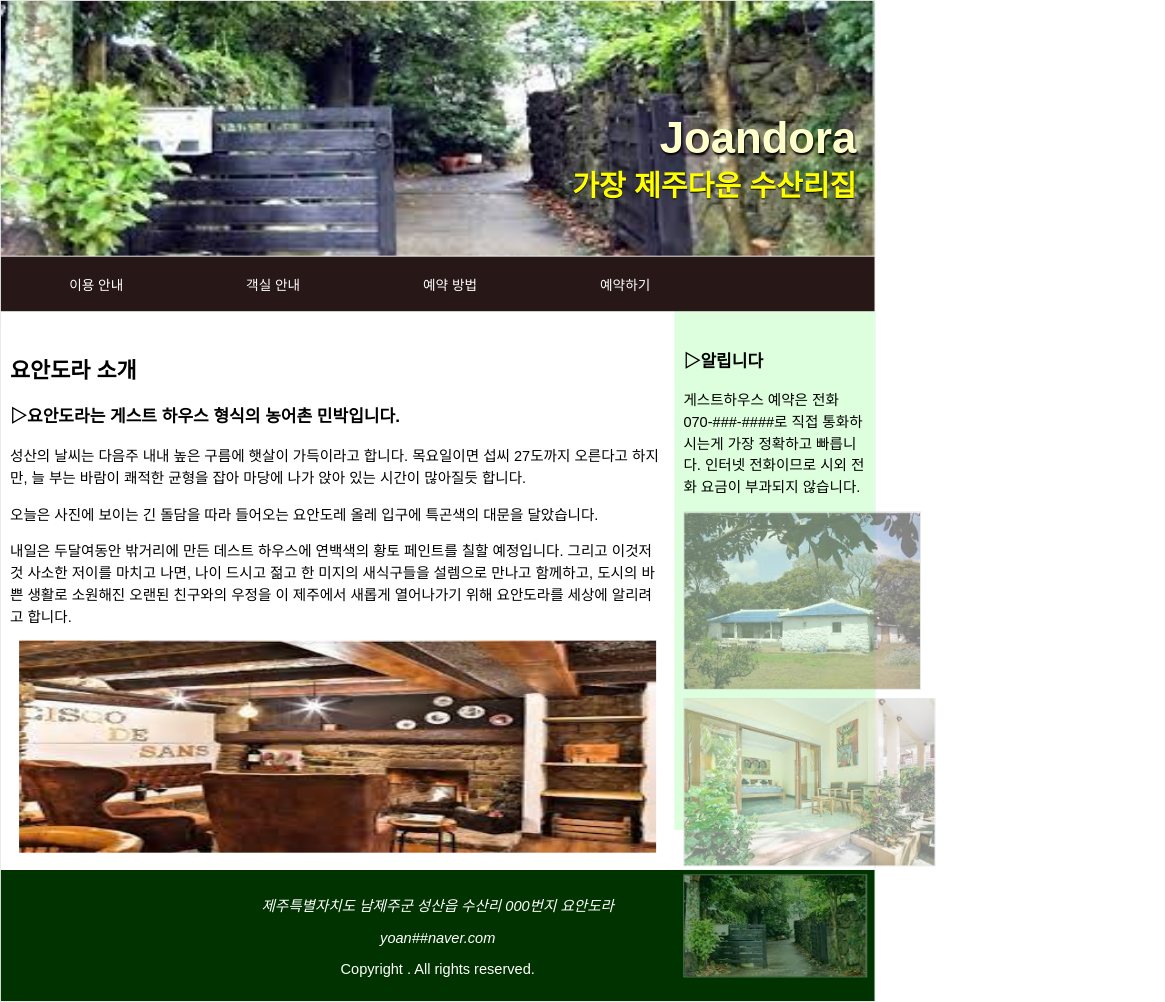
Repository: b1996om/HTML-CSS_study
Page: pro07/public/HTML5_markup.html
These files come from the project's save history. The page is drawn as it stood at one moment and after the next save; the edit follows.
The browser window is 1280 px wide. The pictures show the whole page, at 91% of full size.

Above is the page before, as saved 2022-12-07 06:14:31.

### pro07/public/HTML5_markup.html
<!DOCTYPE html>
<html lang="ko">
<head>
	<meta charset="utf-8">
	<title>내가 처음 만드는 HTML 문서</title>
	<link href="css/style3.css" rel="stylesheet" type="text/css">
</head>
<body>
	<div class="container">
		<div class="content">
			 <!-- <iframe src="https://www.naver.com/" width="95%" height="500"></iframe> -->
		</div>
		<header>
			<h1>Joandora</h1>
			<h2>가장 제주다운 수산리집</h2>
		</header>
		<nav class="navi">
			<ul>
				<li><a href="#">이용 안내</a></li>
				<li><a href="#">객실 안내</a></li>
				<li><a href="#">예약 방법</a></li>
				<li><a href="#">예약하기</a></li>
			</ul>
		</nav>
		<article>
			<section class="content">
				<h2>요안도라 소개</h2>
				<h3>▷요안도라는 게스트 하우스 형식의 농어촌 민박입니다.</h3>
				<p>성산의 날씨는 다음주 내내 높은 구름에 햇살이 가득이라고 합니다.
				목요일이면 섭씨 27도까지 오른다고 하지만, 늘 부는 바람이 쾌적한 균형을 잡아
				마당에 나가 앉아 있는 시간이 많아질듯 합니다.</p>
				<p>오늘은 사진에 보이는 긴 돌담을 따라 들어오는 요안도레 올레 입구에 특곤색의 대문을
				달았습니다.</p>
				<p>내일은 두달여동안 밖거리에 만든 데스트 하우스에 연백색의 황토 페인트를 칠할 예정입니다.
				그리고 이것저것 사소한 저이를 마치고 나면, 나이 드시고 젊고 한 미지의 새식구들을 설렘으로
				만나고 함께하고, 도시의 바쁜 생활로 소원해진 오랜된 친구와의 우정을 이 제주에서 새롭게
				열어나가기 위해 요안도라를 세상에 알리려고 합니다.</p>
				<div class="banner">
					<img src="images/banner2.jpg" width="700" height="233" alt="요안도라">
				</div>
			</section>
		</article>
		<aside class="sidebar">
			<h3>▷알립니다</h3>
			<p>게스트하우스 예약은 전화 070-###-####로 직접 통화하시는게 가장 정확하고 빠릅니다.
			   인터넷 전화이므로 시외 전화 요금이 부과되지 않습니다.</p>
			<img src="images/2.jpg" alt="">
			<img src="images/1.jpg" alt="">
			<img src="images/4.jpg" alt="">
		</aside>
		<footer>
			<address>
				<p>제주특별자치도 남제주군 성산읍 수산리 000번지 요안도라</p>
				<p>yoan##naver.com</p>
			</address>
			<p>Copyright . All rights reserved.</p>
		</footer>
	</div>
</body>
</html>

### pro07/public/css/style3.css
@charset "utf-8";

body {
	font:14px;
	font-family: 'Jeju Gothic', sans-serif;
	margin:0 auto;
	padding:0;
	box-sizing:border-box;
}
.container {
	position:absolute;
	width:960px;
	margin:0 auto;
	background-color:#fff;
	border:1px solid #e7e7e7
}
header {
	position:relative;
	height:280px;
	background-image:url('../images/bg.jpg');
	background-size:100% 100%;
	background-repeat:no-repeat;
	background-position:left top;
}
header h1 {
	position:absolute;
	right:20px;
	bottom:70px;
	font-size:3em;
	color:#ffc;
	text-shadow:1px 2px 2px #000;
}
header h2 {
	position:absolute;
	right:20px;
	bottom:30px;
	font-size:2em;
	color:#ff0;
	text-shadow:0px 1px 1px #000;
}
.navi {
	position:relative;
	background:#271717;
	margin-top:-15px;
	width:960px;
	height:60px;
}
.navi ul {
	list-style:none;
	height:40px;
	padding-top:10px;
	padding-bottom:5px;
}
.navi ul li {
	display:inline-block;
	font-size:15px;
}
.navi a, .navi a:visited {
	padding:10px 5px 5px 35px;
	display:block;
	color:#fff;
	width:150px;
	text-decoration:none;
}
.navi a:hover, .navi a:active, .navi a:focus {
	text-shadow:0px 2px 2px #000;
	color:#fc0;
}
.sidebar {
	float:right;
	width:200px;
	height:550px;
	background-color:#dfd;
	padding-top:20px;
	padding-left:10px;
	padding-right:10px;
}
.sidebar img {
	margin-bottom:5px;
	border:1px solid #ccc;
	opacity:0.5;
	text-align:center;
}
.sidebar img:hover {
	border:1px solid #000;
	opacity:1.0;
}
.content {
	background-color:#ffffff;
	margin-top:20px;
	padding-top:5px;
	padding-left:10px;
	width:720px;
	float:left;
}
footer {
	padding:10px 0;
	background-color:#030;
	color:#fff;
	text-align:center;
	clear:both;
}
header, section, footer, aside, article, figure {
	display:block;
}
.banner {
	margin:0 10px 15px 10px;
	padding:0;
}

After the next save:
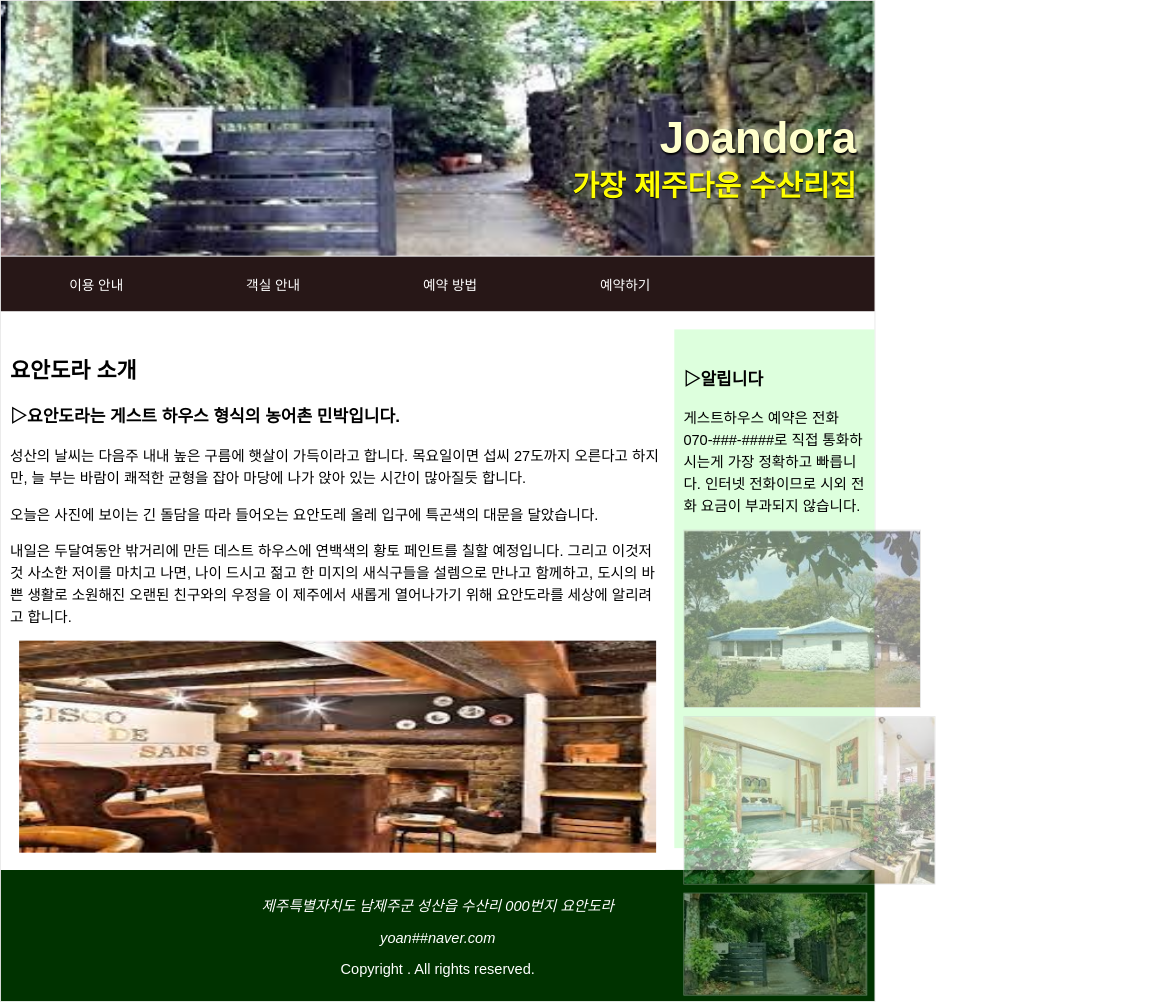
Saved 16 s later.
--- a/pro07/public/css/style3.css
+++ b/pro07/public/css/style3.css
@@ -74,6 +74,7 @@
 	padding-top:20px;
 	padding-left:10px;
 	padding-right:10px;
+	margin-top:20px;
 }
 .sidebar img {
 	margin-bottom:5px;

After the save that followed:
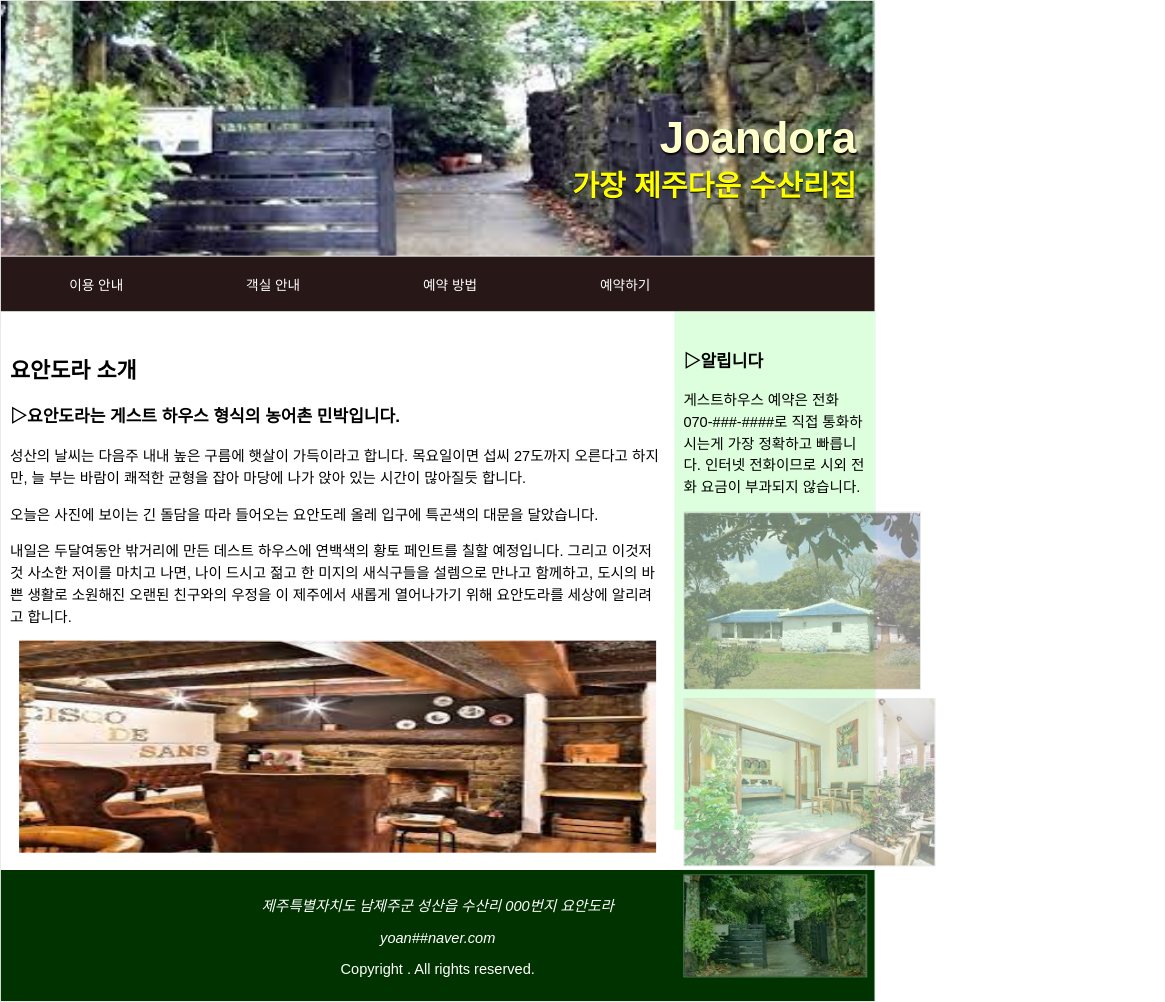
Saved 16 s later.
--- a/pro07/public/css/style3.css
+++ b/pro07/public/css/style3.css
@@ -74,7 +74,7 @@
 	padding-top:20px;
 	padding-left:10px;
 	padding-right:10px;
-	margin-top:20px;
+	padding-top:20px;
 }
 .sidebar img {
 	margin-bottom:5px;
